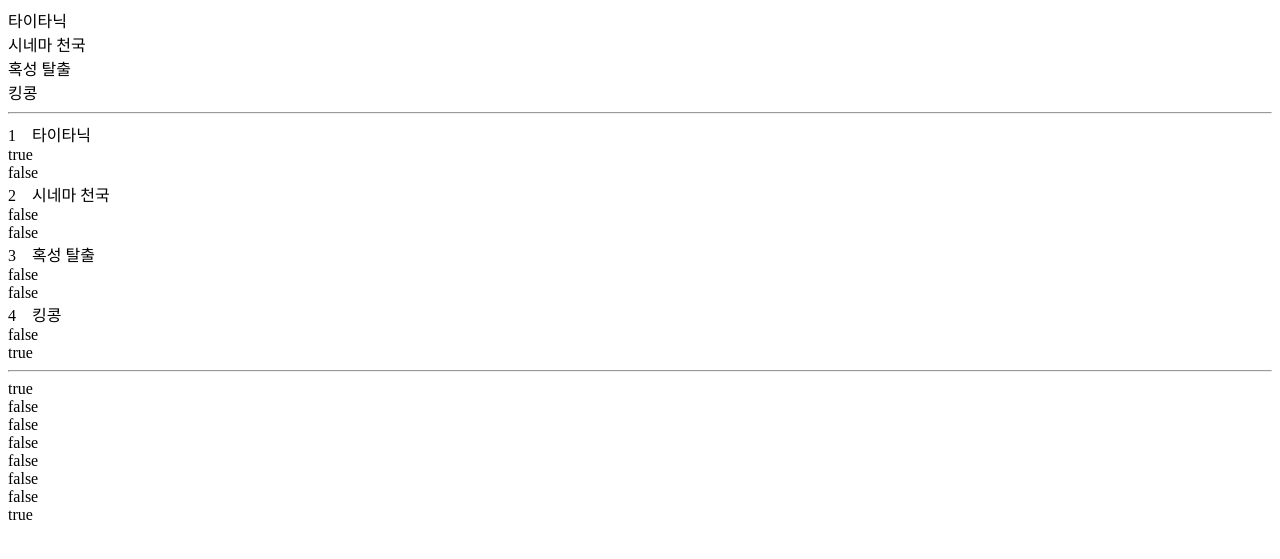
Repository: sinaboro/JSP201310
Page: http://localhost/web-study-07/14_moviesList.jsp
An editor plug-in stored every save of this project. The page is shown before and after the next save, followed by the edit.
The browser window is 1280 px wide. The pictures show the whole page.
The page is served by Tomcat 9.

Above is the page before, as saved 2023-10-12 03:15:54.

After the next save:
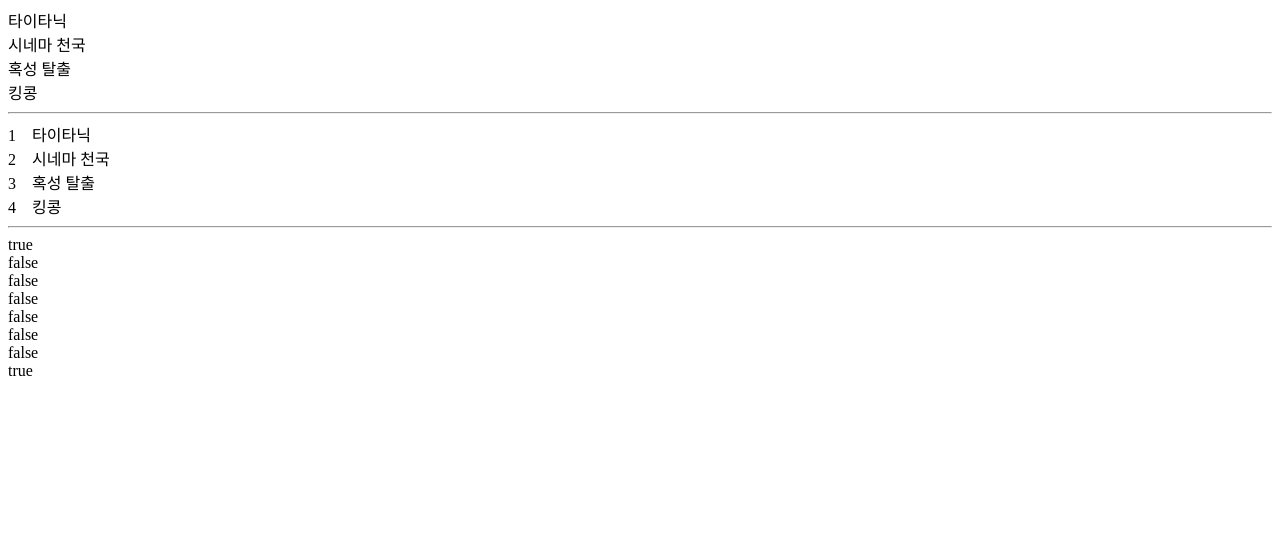
Saved 27 s later.
--- a/web-study-07/src/main/webapp/14_moviesList.jsp
+++ b/web-study-07/src/main/webapp/14_moviesList.jsp
@@ -22,8 +22,6 @@
 	<%-- ${status.index} &nbsp;&nbsp; --%>
 	${status.count} &nbsp;&nbsp;
 	${movie} <br>
-	${status.first}<br>
-	${status.last}<br>
 </c:forEach>
 <hr>
 
